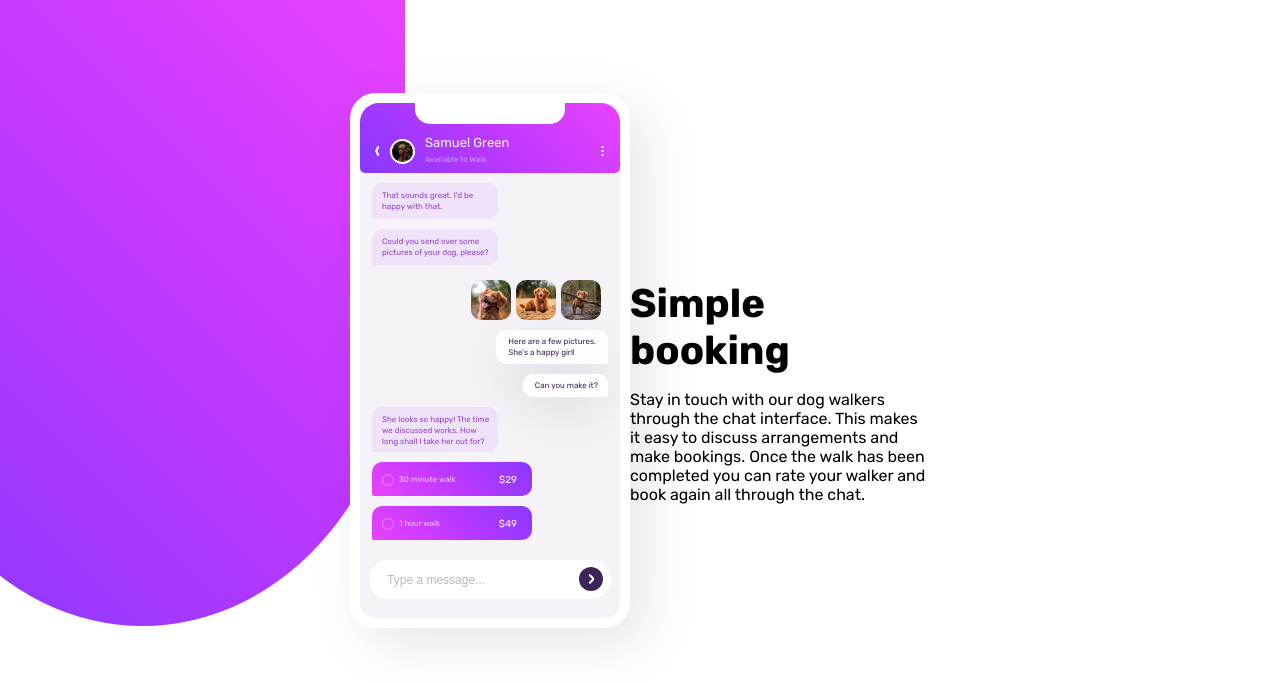
Repository: KamoliddinGIT/chat-app-css-illustration
Page: index.html
The author's editor kept a copy of each file at every save. The page is drawn from the files as they stood at one save, then again after the next save.
The browser window is 1280 px wide. The pictures show the whole page.

Above is the page before, as saved 2023-09-25 19:56:43.

### index.html
<!DOCTYPE html>
<html lang="en">
  <head>
    <meta charset="UTF-8" />
    <meta http-equiv="X-UA-Compatible" content="IE=edge" />
    <meta name="viewport" content="width=device-width, initial-scale=1.0" />
    <link
      rel="icon"
      type="image/png"
      sizes="32x32"
      href="./images/favicon-32x32.png"
    />
    <link
      href="https://fonts.googleapis.com/css2?family=Rubik:wght@400;500;700&display=swap"
      rel="stylesheet"
    />
    <link rel="stylesheet" href="./css/style.css" />
    <title>Chat App CSS Illustration</title>
  </head>
  <body>
    <div class="container">
      <div class="bg"></div>
      <div class="card">
        <div class="header">
          <div class="cam"></div>
          <div class="header_contents">
            <div class="header-left-side">
              <img
                src="./images/arrow.svg"
                alt="left_arrow"
                class="back_icon"
              />
              <img class="avatar" src="./images/avatar.jpg" alt="avatar" />
              <h2>
                Samuel Green <br />
                <span>Available to Walk </span>
              </h2>
            </div>
            <img src="./images/menu.svg" alt="menu" class="menu" />
          </div>
        </div>
        <div class="card-messages">
          <div class="receive-message">
            That sounds great. I'd be happy with that.
          </div>
          <div class="receive-message">
            Could you send over some pictures of your dog, please?
          </div>
          <div class="sent-photo">
            <img src="./images/dog-image-1.jpg" alt="dog1" />
            <img src="./images/dog-image-2.jpg" alt="dog2" />
            <img src="./images/dog-image-3.jpg" alt="dog3" />
          </div>
          <div class="sent-msg">
            Here are a few pictures. She's a happy girl!
          </div>
          <div class="next-msg">Can you make it?</div>
          <div class="receive-message">
            She looks so happy! The time we discussed works. How long shall I
            take her out for?
          </div>
          <div class="receive-price">
            <div class="circle"></div>
            <span class="times">30 minute walk </span>
            <div class="price">$29</div>
          </div>
          <div class="receive-price">
            <div class="circle"></div>
            <span class="times">1 hour walk </span>
            <div class="price">$49</div>
          </div>
          <input
            type="text"
            placeholder="Type a message..."
            class="input-msg"
          />
        </div>
      </div>
      <div class="right-side">
        <h1>Simple booking</h1>
        <p>
          Stay in touch with our dog walkers through the chat interface. This
          makes it easy to discuss arrangements and make bookings. Once the walk
          has been completed you can rate your walker and book again all through
          the chat.
        </p>
      </div>
    </div>
  </body>
</html>

### css/style.css
* {
  margin: 0;
  padding: 0;
  box-sizing: border-box;
}

.container {
  width: 100%;
  height: 100vh;
  display: flex;
  justify-content: center;
  align-items: center;
  background-color: white;
  font-family: "Rubik", sans-serif;
}

.bg {
  width: 525px;
  height: 87%;
  left: -120px;
  top: 0;
  position: absolute;
  background-image: linear-gradient(
    45deg,
    hsl(264deg 100% 61%) 0%,
    hsl(280deg 100% 61%) 50%,
    hsl(293deg 100% 63%) 100%
  );
  border-radius: 0 0 50% 50%;
}

.card {
  z-index: 99;
  width: 280px;
  height: 535px;
  border-radius: 1.6rem;
  background-color: hsl(270, 20%, 96%);
  border: 10px solid white;
  box-shadow: 1rem 1rem 3.5rem rgba(0, 0, 0, 0.1);
  overflow: hidden;
}

.header {
  display: flex;
  justify-content: center;
  align-items: center;
  color: white;
  position: relative;
  width: 100%;
  height: 70px;
  border-radius: 1.2rem 1.2rem 5px 5px;
  display: flex;
  flex-direction: column;
  align-items: center;
  background-image: linear-gradient(
    45deg,
    hsl(264deg 100% 61%) 0%,
    hsl(280deg 100% 61%) 50%,
    hsl(293deg 100% 63%) 100%
  );
}

.cam {
  width: 150px;
  height: 22px;
  top: 0;
  background-color: white;
  border-radius: 0 0 15px 15px;
  position: absolute;
  margin: -1px auto 0 auto;
}

.back_icon {
  width: 5px;
  height: 18px;
  cursor: pointer;
}

.header_contents {
  margin-top: 27px;
  width: 100%;
  height: 15px;
  display: flex;
  align-items: center;
  justify-content: space-between;
  padding: 15px;
}

.header-left-side {
  width: 164px;
  height: 29px;
  display: flex;
  align-items: center;
  gap: 10px;
}

.avatar {
  width: 25px;
  height: 25px;
  object-fit: fill;
  border-radius: 50%;
  border: 2px solid white;
}

.header-left-side h2 {
  font-size: 13px;
  font-weight: 400;
  padding-bottom: 3px;
  color: hsl(270, 20%, 96%);
}

.header-left-side h2 span {
  font-size: 8px;
  font-weight: 400;
  opacity: 0.5;
  color: hsl(270, 20%, 96%);
}

.menu {
  cursor: pointer;
  width: 5px;
}

.card-messages {
  display: flex;
  flex-direction: column;
  width: 260px;
  height: 446px;
}

.receive-message {
  width: 126px;
  min-height: 36px;
  background-color: hsla(276, 100%, 81%, 0.2);
  padding: 7px 5px 7px 10px;
  border-radius: 10px 10px 10px 2px;
  margin: 10px 0 0 12px;
  font-size: 8px;
  line-height: 11px;
  color: hsl(276, 55%, 52%);
}

.sent-photo {
  margin: 15px 12px 0 auto;
  width: 142px;
  height: 44px;
  display: flex;
  align-items: center;
}

.sent-photo img {
  width: 40px;
  height: 40px;
  border-radius: 10px;
  object-fit: fill;
  margin-inline-start: 5px;
}

.sent-msg {
  width: 133px;
  height: 34px;
  background-color: white;
  padding: 6px 10px 6px 12px;
  border-radius: 10px 10px 2px 10px;
  box-shadow: 0 1rem 3.5rem rgba(0, 0, 0, 0.1);
  margin: 10px 12px 0 auto;
  font-size: 8px;
  color: hsl(271, 36%, 24%);
  max-width: 22ch;
  line-height: 11px;
}

.next-msg {
  width: 85px;
  height: 23px;
  background-color: white;
  width: fit-content;
  padding: 6px 10px 6px 12px;
  border-radius: 10px 10px 2px 10px;
  box-shadow: 0 1rem 3.5rem rgba(0, 0, 0, 0.1);
  margin: 10px 12px 0 auto;
  font-size: 8px;
  color: hsl(271, 36%, 24%);
  max-width: 22ch;
  line-height: 11px;
}

.receive-price {
  width: 160px;
  height: 34px;
  display: inline-flex;
  align-items: center;
  gap: 5px;
  background-color: hsla(276, 100%, 81%, 0.2);
  width: 160px;
  padding: 12px 15px 10px 10px;
  border-radius: 10px 10px 10px 2px;
  margin: 10px 0 0 12px;
  color: white;
  background-image: linear-gradient(
    45deg,
    hsl(293deg 100% 63%) 0%,
    hsl(280deg 100% 61%) 50%,
    hsl(264deg 100% 61%) 100%
  );
}

.circle {
  width: 12px;
  height: 12px;
  border: 1px solid hsl(270, 20%, 96%);
  border-radius: 50%;
  opacity: 0.4;
}

.times {
  font-size: 8px;
  opacity: 0.7;
}

.price {
  font-size: 10px;
  margin-left: auto;
}

.input-msg {
  width: 93%;
  border: none;
  padding: 12px 40px 12px 18px;
  border-radius: 1.5rem;
  outline: none;
  font-weight: 500;
  color: hsl(271, 36%, 24%);
  margin: 20px auto;
  background-image: url("../images/send-icon.svg");
  background-repeat: no-repeat;
  background-position: 210px;
  background-size: 24px 24px;
}

::placeholder {
  font-size: 12px;
  opacity: 0.5;
}

.right-side {
  width: 300px;
}

.right-side h1 {
  padding: 4rem 0 1rem 0;
  font-size: 2.5rem;
  text-align: start;
}

After the next save:
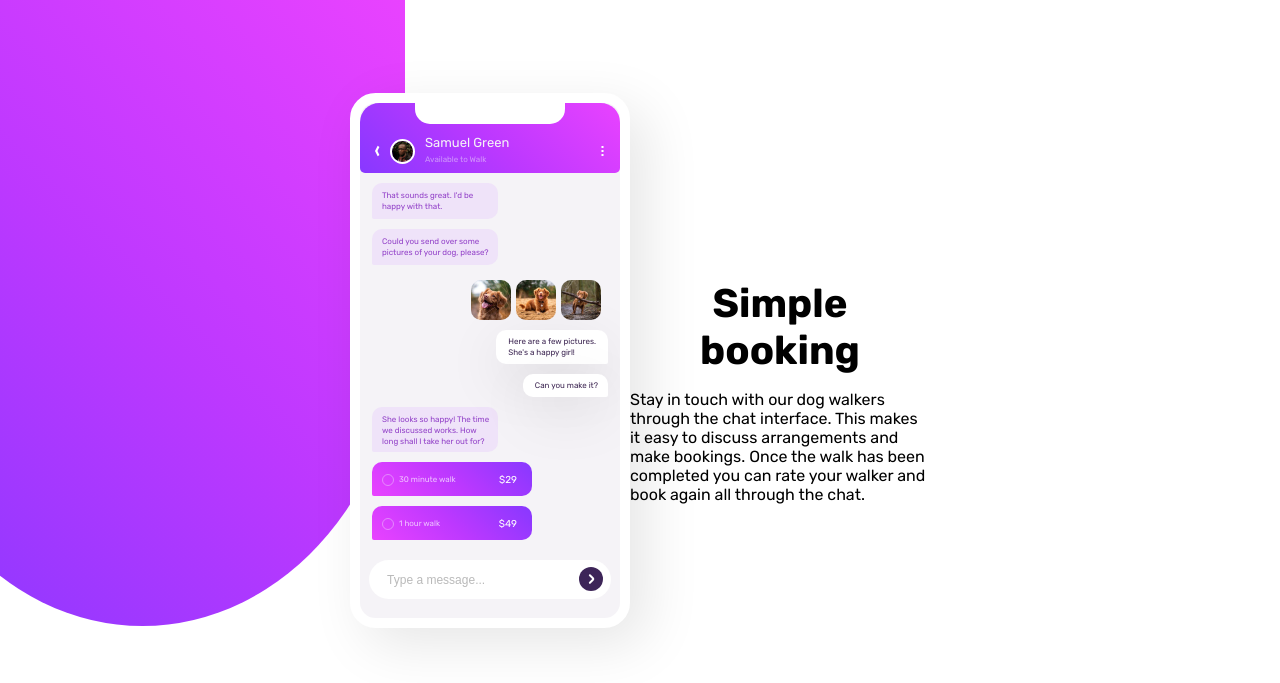
Saved 6 s later.
--- a/css/style.css
+++ b/css/style.css
@@ -250,5 +250,5 @@
 .right-side h1 {
   padding: 4rem 0 1rem 0;
   font-size: 2.5rem;
-  text-align: start;
-}
+  text-align: center;
+}

After the save that followed:
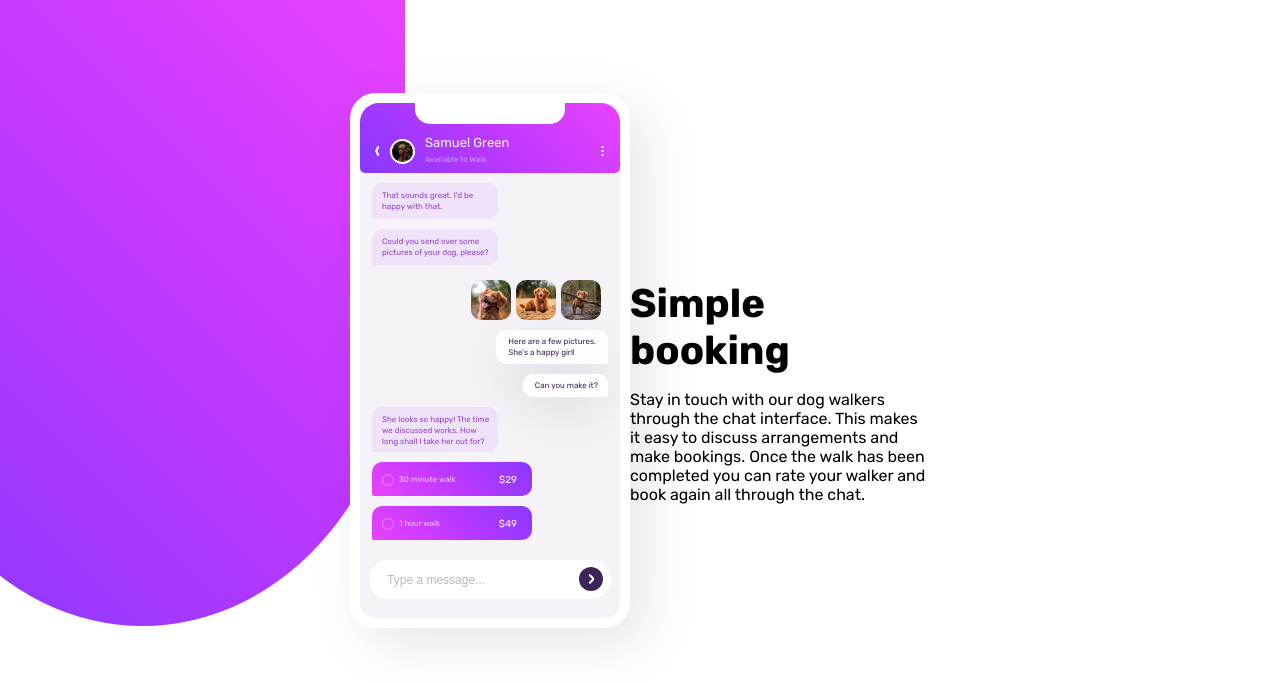
Saved 4 s later.
--- a/css/style.css
+++ b/css/style.css
@@ -250,5 +250,5 @@
 .right-side h1 {
   padding: 4rem 0 1rem 0;
   font-size: 2.5rem;
-  text-align: center;
-}
+  text-align: start;
+}
